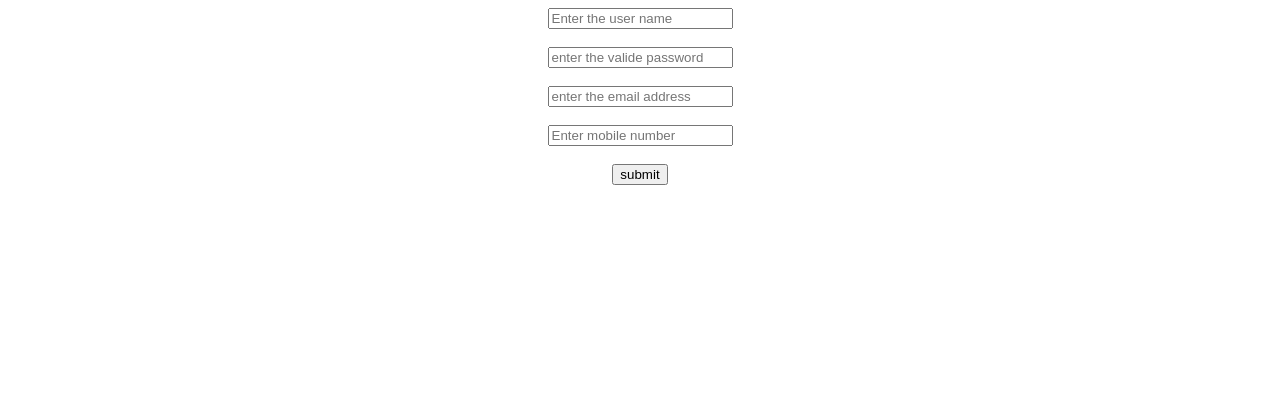
Repository: LSLParvathi/WebApplications
Page: http://localhost/loginpage/Resources/jsp/Register.jsp
An editor plug-in stored every save of this project. The page is shown before and after the next save, followed by the edit.
The browser window is 1280 px wide. The pictures show the whole page.
The page is served by Tomcat 9.

Above is the page before, as saved 2020-02-14 06:19:53.

After the next save:
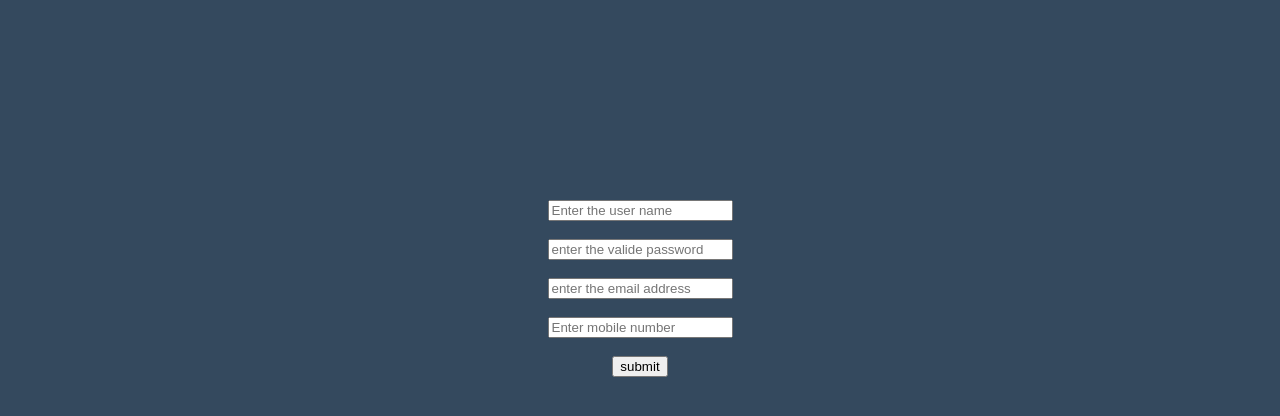
Saved 62 s later.
--- a/loginpage/WebContent/Resources/jsp/Register.jsp
+++ b/loginpage/WebContent/Resources/jsp/Register.jsp
@@ -5,6 +5,7 @@
     <head>
         <meta charset="UTF-8">
         <title>Registration Page</title>
+        <link rel="stylesheet" type="text/css" href="../css/log.css">
     </head>
   <body>
         <form action="login.jsp"  >
